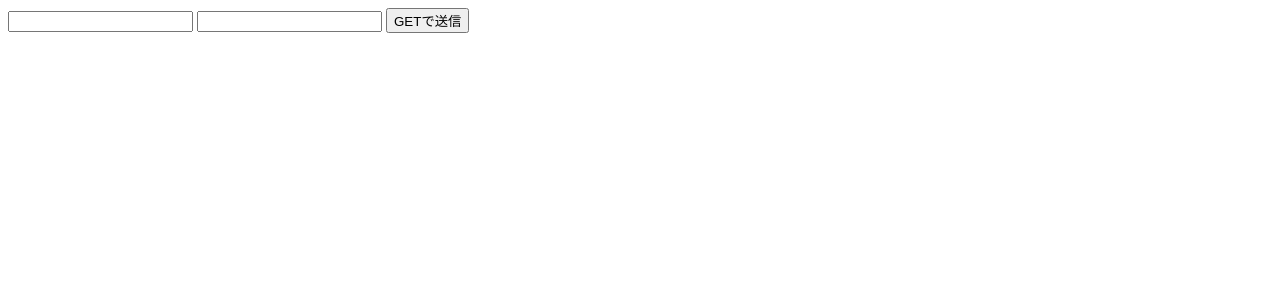
Repository: khlee12/JSP-tutorial
Page: http://localhost/WebApp-01/inputForm.jsp
These files come from the project's save history. The page is drawn as it stood at one moment and after the next save; the edit follows.
The browser window is 1280 px wide. The pictures show the whole page.
The page is served by Tomcat 9.

Above is the page before, as saved 2017-05-04 05:30:34.

After the next save:
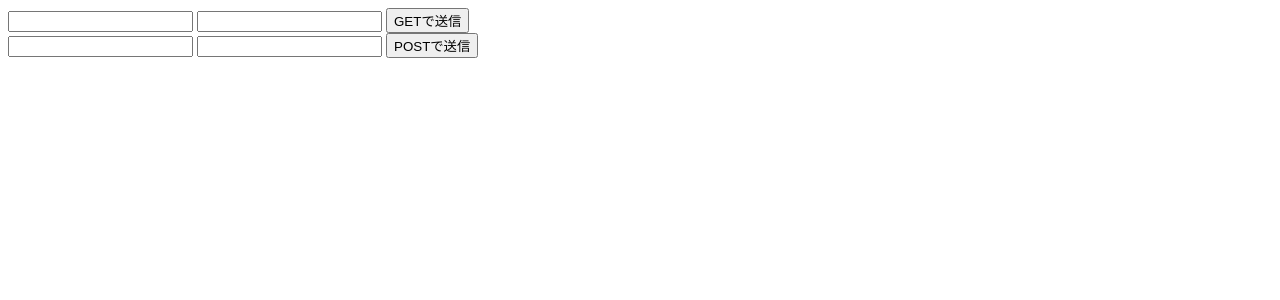
Saved 48 s later.
--- a/WebApp-01/WebContent/inputForm.jsp
+++ b/WebApp-01/WebContent/inputForm.jsp
@@ -13,5 +13,11 @@
 		<input type="text" name="text2">
 		<input type="submit" value="GETで送信">
 	</form>
+
+	<form method="post" action="../FormServlet">
+		<input type="text" name="text1">
+		<input type="text" name="text2">
+		<input type="submit" value="POSTで送信">
+	</form>
 </body>
 </html>
